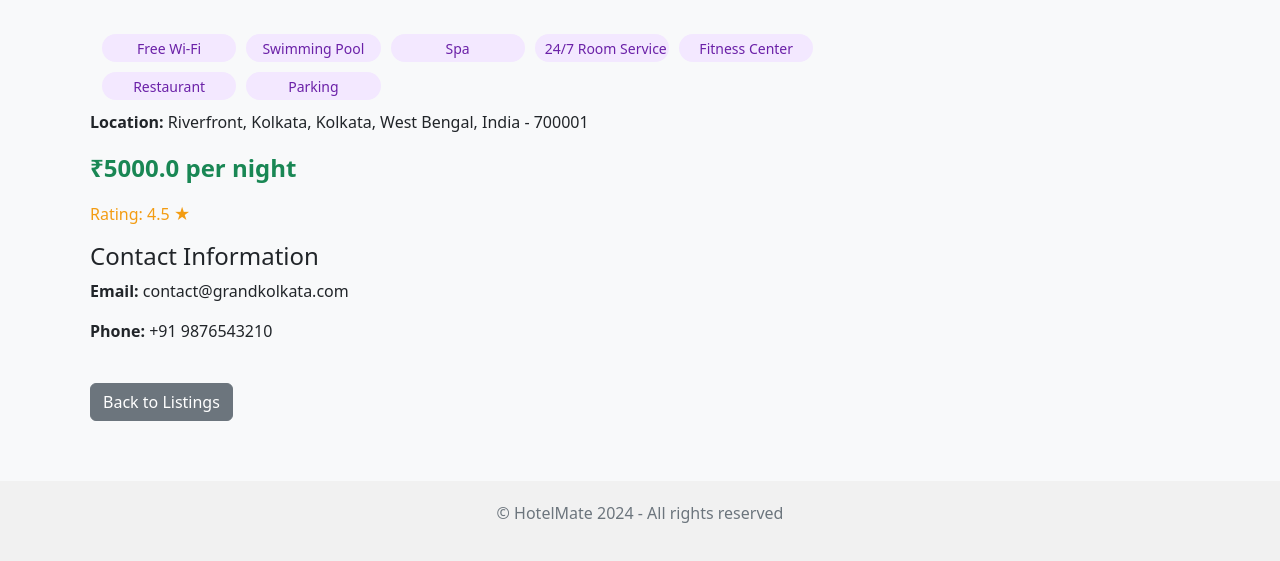
Repository: himanshu2k23/HoteMate
Page: http://localhost/HotelMate/details.jsp
An editor plug-in stored every save of this project. The page is shown before and after the next save, followed by the edit.
The browser window is 1280 px wide. The pictures show the part of the page from y = 706 to 1283 px (the page is 1267 px tall before and 1283 px after).
The page is served by Tomcat 10. Other server files are loaded and not shown.

Above is the page before, as saved 2025-01-13 19:23:41.

### HotelMate/src/main/webapp/details.jsp
<%@ page contentType="text/html;charset=UTF-8" language="java"%>
<!DOCTYPE html>
<html lang="en">
<head>
<meta charset="UTF-8">
<meta name="viewport" content="width=device-width, initial-scale=1.0">
<title>Hotel Details - HotelMate</title>
<!-- Bootstrap CSS -->
<link
	href="https://cdn.jsdelivr.net/npm/bootstrap@5.3.0/dist/css/bootstrap.min.css"
	rel="stylesheet">
<style>
body {
	background-color: #f8f9fa;
}

.hotel-details-container {
	margin-top: 100px;
	margin-bottom: 40px;
	padding: 20px;
}

.price {
	font-size: 1.5rem;
	font-weight: bold;
	color: #198754;
}

.rating {
	color: #f39c12;
}

.amenities-list {
	display: grid;
	grid-template-columns: repeat(auto-fill, minmax(120px, 1fr));
	gap: 10px;
	margin-left: 2px;
	padding: 10px;
}

.amenities-items {
	white-space: nowrap;
	border-radius: 9999px;
	background-color: #f3e8ff;
	padding: 0.22rem 0.625rem;
	font-size: 0.875rem;
	color: #6b21a8;
	text-align: center;
}

.amenities-list li {
	margin-bottom: 5px;
}

.carousel-item img {
	height: 500px;
	object-fit: cover;
	border-radius: 15px;
}
</style>
</head>
<body>

	<!-- Navbar -->
	<%@ include file="/Components/navbar.jsp"%>
	<%
	// Sample hotel data
	String name = "The Grand Kolkata";
	String description = "A luxurious five-star hotel offering breathtaking views of the river and world-class amenities.";
	String location = "Riverfront, Kolkata";
	String city = "Kolkata";
	String state = "West Bengal";
	String country = "India";
	String zipCode = "700001";
	double pricePerNight = 5000.0;
	float rating = 4.5f;
	String amenities = "Free Wi-Fi, Swimming Pool, Spa, 24/7 Room Service, Fitness Center, Restaurant, Parking";
	String contactEmail = "contact@grandkolkata.com";
	String contactPhone = "+91 9876543210";
	String images = "https://picsum.photos/400/300?random=1, https://picsum.photos/400/300?random=7, https://picsum.photos/400/300?random=8";

	// Split image URLs into an array
	String[] imageUrls = images.split(",");
	%>

	<div class="container hotel-details-container">
		<h2><%=name%></h2>
		<p><%=description%></p>


		<!-- Carousel for Images -->
		<div id="carousel49" class="carousel slide" data-bs-ride="carousel">
			<div class="carousel-inner">
				<%
				for (int i = 0; i < imageUrls.length; i++) {
					String image = imageUrls[i].trim();
				%>
				<div class="carousel-item <%=(i == 0) ? "active" : ""%>">
					<img src="<%=image%>" class="d-block w-100" alt="<%=name%>">
				</div>
				<%
				}
				%>
			</div>
			<%
			if (imageUrls.length > 1) {
			%>
			<button class="carousel-control-prev" type="button"
				data-bs-target="#carousel49" data-bs-slide="prev">
				<span class="carousel-control-prev-icon" aria-hidden="true"></span>
				<span class="visually-hidden">Previous</span>
			</button>
			<button class="carousel-control-next" type="button"
				data-bs-target="#carousel49" data-bs-slide="next">
				<span class="carousel-control-next-icon" aria-hidden="true"></span>
				<span class="visually-hidden">Next</span>
			</button>
			<%
			}
			%>
		</div>

		<!-- Hotel Information -->
		<div class=" mt-4">

			<div class="col-md-8">
				<div class="amenities-list">
					<%
					String[] amenitiesList = amenities.split(",");
					for (String amenity : amenitiesList) {
						amenity = amenity.trim();
					%>
					<span class="amenities-items"> <%=amenity%>
					</span>
					<%
					}
					%>
				</div>


				<p>
					<strong>Location:</strong>
					<%=location%>,
					<%=city%>,
					<%=state%>,
					<%=country%>
					-
					<%=zipCode%></p>
				<p class="price">
					₹<%=pricePerNight%>
					per night
				</p>
				<p class="rating">
					Rating:
					<%=rating%>
					★
				</p>
			</div>

			<div class="col-md-4">
				<h4>Contact Information</h4>
				<p>
					<strong>Email:</strong>
					<%=contactEmail%></p>
				<p>
					<strong>Phone:</strong>
					<%=contactPhone%></p>
			</div>
		</div>

		<a href="HotelDataServlet" class="btn btn-secondary mt-4">Back to
			Listings</a>
	</div>

	<!-- Footer -->
	<%@ include file="/Components/footer.jsp"%>

	<!-- Bootstrap JS (Popper.js included) -->
	<script
		src="https://cdn.jsdelivr.net/npm/@popperjs/core@2.11.7/dist/umd/popper.min.js"></script>
	<script
		src="https://cdn.jsdelivr.net/npm/bootstrap@5.3.0/dist/js/bootstrap.min.js"></script>
</body>
</html>

### HotelMate/src/main/webapp/Components/navbar.jsp
<nav class="navbar navbar-expand-lg"
	style="background-color: #343a40; border-radius: 15px; padding: 10px 20px; box-shadow: 0px 4px 12px rgba(0, 0, 0, 0.2); margin: 10px; position: fixed; top: 0px; width: calc(100% - 20px); z-index: 1000;">
	<div class="container-fluid">
		<!-- Logo and Brand Name -->
		<a class="navbar-brand text-light d-flex align-items-center"
			href="index.jsp"> <img
			src="http://localhost:8080/HotelMate/Images/HotelmateLogo.png"
			alt="Logo" width="80" height="60"
			class="d-inline-block align-text-top"> <span
			class="nav-link text-light active">HotelMate</span>
		</a>

		<!-- Toggler button for smaller screens -->
		<button class="navbar-toggler" type="button" data-bs-toggle="collapse"
			data-bs-target="#navbarNav" aria-controls="navbarNav"
			aria-expanded="false" aria-label="Toggle navigation"
			style="border-color: #f8f9fa;">
			<span class="navbar-toggler-icon" style="color: #f8f9fa;"></span>
		</button>

		<!-- Navbar Links -->
		<div class="collapse navbar-collapse" id="navbarNav">

			<script>
				// Scroll functionality
				function scrollToFeatures(event) {
					event.preventDefault();
					localStorage.setItem('scrollToFeatures', 'true');
					window.location.href = "index.jsp";
				}

				function scrollToContact(event) {
					event.preventDefault();
					localStorage.setItem('scrollToContact', 'true');
					window.location.href = "index.jsp";
				}

				// Logic to dynamically toggle login/logout
				window.addEventListener('DOMContentLoaded', () => {
					const navRight = document.querySelector('.navbar-nav.ms-auto');
					navRight.innerHTML = ''; // Clear the default buttons

					if (localStorage.getItem('HasLoggedIn') === 'true') {
						// Show dropdown if logged in
						navRight.innerHTML = `
							<li class="nav-item dropdown">
							<a class="nav-link dropdown-toggle text-light" href="#" id="userDropdown" role="button"
							data-bs-toggle="dropdown" aria-expanded="false">
							<i class="bi bi-person-circle" style="font-size: 2rem;"></i>
						</a>

								<ul class="dropdown-menu dropdown-menu-end" aria-labelledby="userDropdown">
									<li><a class="dropdown-item" href="mybookings.jsp">My Bookings</a></li>
									<li><hr class="dropdown-divider"></li>
									<li><a class="dropdown-item" href="#" onclick="logout()">Logout</a></li>
								</ul>
							</li>
						`;
					} else {
						// Show login and signup if not logged in
						navRight.innerHTML = `
							<li class="nav-item"><a class="nav-link login-btn" href="login.jsp">Login</a></li>
							<li class="nav-item"><a class="nav-link signup-btn" href="signup.jsp">Sign Up</a></li>
						`;
					}
				});

				// Logout function
				function logout() {
					localStorage.removeItem('HasLoggedIn');
					window.location.href = 'index.jsp';
				}
			</script>

			<ul class="navbar-nav me-auto">
				<li class="nav-item"><a
					class="nav-link text-light active hover-effect" aria-current="page"
					href="index.jsp">Home</a></li>
				<li class="nav-item"><a
					class="nav-link text-light hover-effect" href="#"
					onclick="scrollToFeatures(event)">Features</a></li>
				<li class="nav-item"><a
					class="nav-link text-light hover-effect" href="HotelDataServlet">Hotels</a></li>
				<li class="nav-item"><a
					class="nav-link text-light hover-effect" href="#"
					onclick="scrollToContact(event)">Contact Us</a></li>
			</ul>

			<!-- Login/Sign Up or Account Dropdown -->
			<ul class="navbar-nav ms-auto gap-3"></ul>
		</div>
	</div>
</nav>

<style>
.hover-effect {
	transition: color 0.3s ease, background-color 0.3s ease;
}

.hover-effect:hover {
	color: #97CC04 !important;
}

.login-btn, .signup-btn {
	background-color: #97CC04;
	color: #fff;
	border-radius: 5px;
	padding: 8px 15px;
	transition: background-color 0.3s ease;
}

.login-btn:hover, .signup-btn:hover {
	background-color: #76b302;
	color: #fff;
}
</style>

### HotelMate/src/main/webapp/Components/footer.jsp
<style>
.footer {
	padding: 20px 0;
	background-color: #f1f1f1;
	text-align: center;
}
</style>

<div class='footer' id="footer">
	<p class="text-center text-secondary">© HotelMate 2024 - All
		rights reserved</p>
</div>

After the next save:
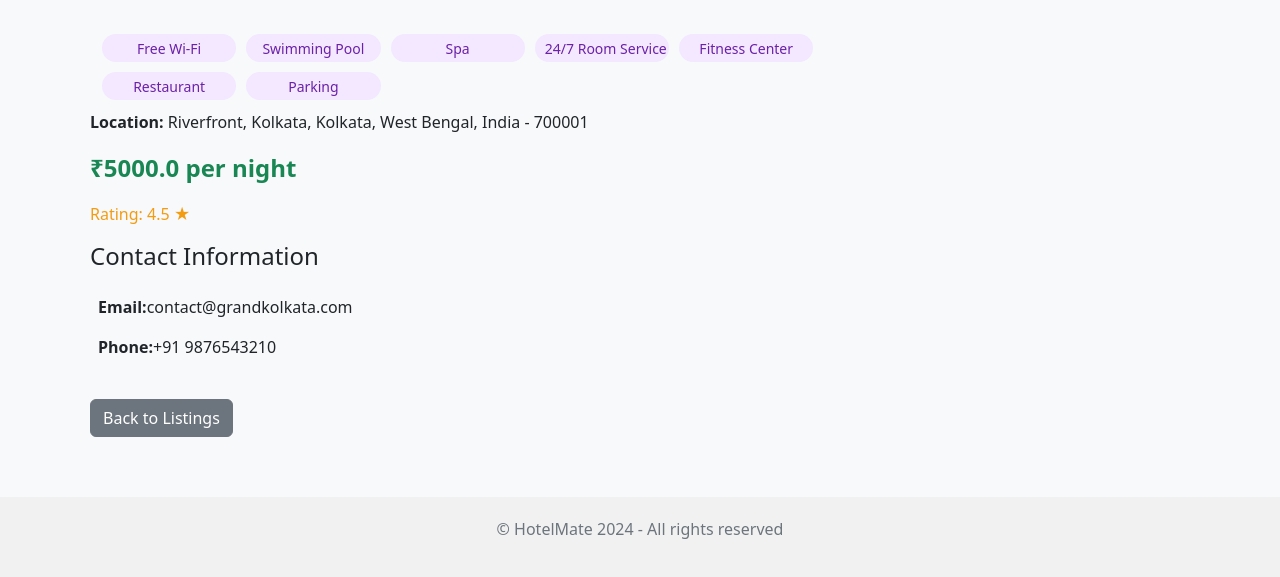
Saved 86 s later.
--- a/HotelMate/src/main/webapp/details.jsp
+++ b/HotelMate/src/main/webapp/details.jsp
@@ -158,14 +158,19 @@ body {
 			</div>
 
 			<div class="col-md-4">
-				<h4>Contact Information</h4>
-				<p>
-					<strong>Email:</strong>
-					<%=contactEmail%></p>
-				<p>
-					<strong>Phone:</strong>
-					<%=contactPhone%></p>
+				<h4 class="mb-4">
+					<i class="bi bi-person-circle"></i> Contact Information
+				</h4>
+				<ul class="list-unstyled">
+					<li class="d-flex align-items-center mb-3"><i
+						class="bi bi-envelope-fill me-2" style="font-size: 1.2rem;"></i> <strong>Email:</strong>
+						<%=contactEmail%></li>
+					<li class="d-flex align-items-center"><i
+						class="bi bi-telephone-fill me-2" style="font-size: 1.2rem;"></i>
+						<strong>Phone:</strong> <%=contactPhone%></li>
+				</ul>
 			</div>
+
 		</div>
 
 		<a href="HotelDataServlet" class="btn btn-secondary mt-4">Back to
